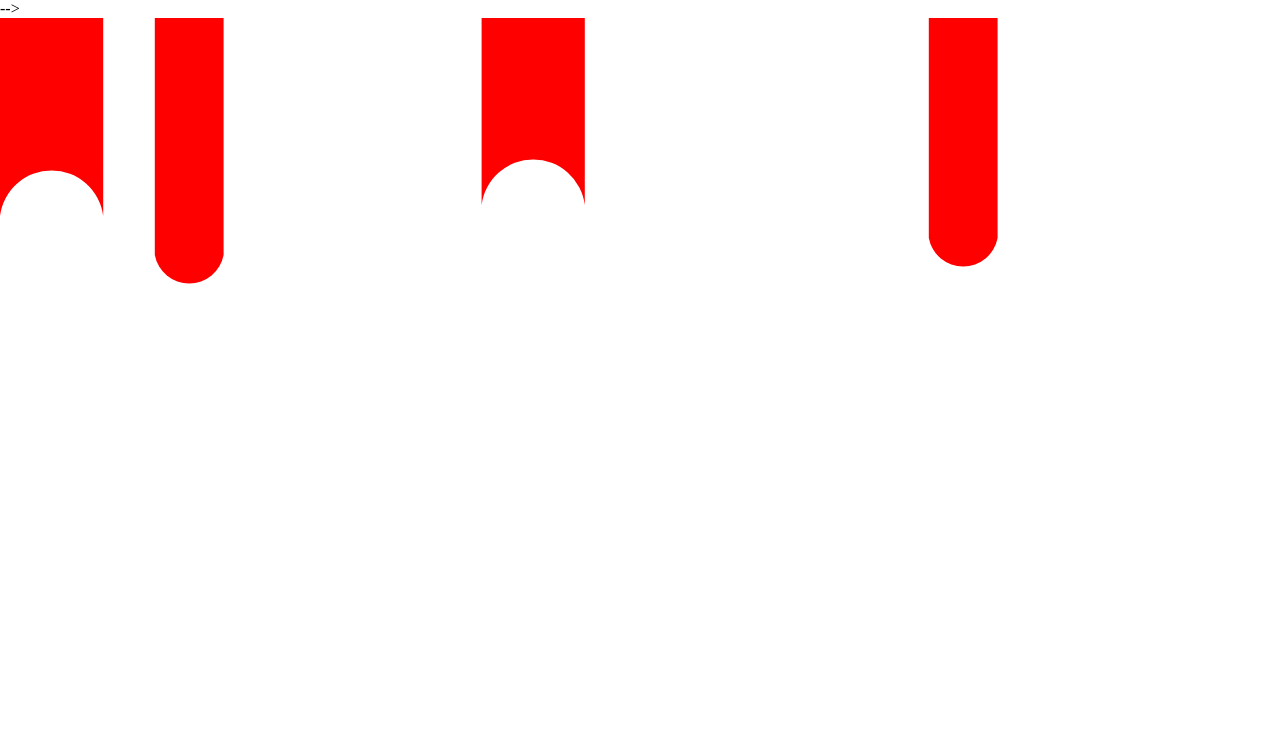
Repository: l-ollie/drip
Page: index.html
An editor plug-in stored every save of this project. The page is shown before and after the next save, followed by the edit.
The browser window is 1280 px wide. The pictures show the whole page.

Above is the page before, as saved 2022-06-30 17:02:46.

### index.html
<!DOCTYPE html>
<!--[if lt IE 7]>      <html class="no-js lt-ie9 lt-ie8 lt-ie7"> <![endif]-->
<!--[if IE 7]>         <html class="no-js lt-ie9 lt-ie8"> <![endif]-->
<!--[if IE 8]>         <html class="no-js lt-ie9"> <![endif]-->
<!--[if gt IE 8]>      <html class="no-js"> <!--<![endif]-->
<html>
    <head>
        <meta charset="utf-8">
        <meta http-equiv="X-UA-Compatible" content="IE=edge">
        <title>Drip</title>
        <meta name="description" content="">
        <meta name="viewport" content="width=device-width, initial-scale=1">
        <link rel="stylesheet" href="assets/style.css">
    </head>
    <body>
        <!--[if lt IE 7]>
            <p class="browsehappy">You are using an <strong>outdated</strong> browser. Please <a href="#">upgrade your browser</a> to improve your experience.</p>
        <![endif]-->
        <div id="container">
            <!-- <svg width="100%" height="100%" xmlns="http://www.w3.org/2000/svg">
                <style>


                    .point-cursor { cursor: pointer; } /* specific elements */
                  </style>

                <path id="drip1"   class="point-cursor" d="M 0 0 v 100 a 50 50 1 0 0 100 0 v -100 Z"  fill="red">
                    <animate

                    id="dripAnim1"
                    attributeName="d"
                    dur="0.5"
                    type="translate"
                    begin="indefinite; "
                    repeatCount="1"
                    calcMode="spline"
                    keySplines=".21,.3,.01,.98"
                    values="M 0 0 v 100 a 50 50 1 0 0 100 0 v -100 Z ; M 0 0 v 100 a 50 50 1 0 0 100 0 v -100 Z"
                    />
                </path>



                <path id="ball1" d="M 100 0 v 100 a 50 50 0 0 1 100 0 v -100 Z"  fill="red">
                <animate
                id="anim1"
                attributeName="d"
                from="M 100 0 v 100 a 50 50 0 0 1 100 0 v -100 Z"
                to="M 100 0 v 200 a 50 50 0 0 1 100 0 v -200 Z"
                dur="1"
                type="translate"
                begin="0s; "
                repeatCount="1"
                fill="freeze"
                calcMode="spline"
                keySplines="0.4 0 0.2 1"
                values="
                M 100 0 v 200 a 50 50 0 0 1 100 0 v -200 Z
                ;
                M 100 0 v 100 a 50 50 0 0 1 100 0 v -100 Z
                "
                />
                <!-- <animate
                id="anim2"
                attributeName="d"
                from="M 100 0 v 200
                a 50 50 0 0 1 100 0
                v -200 Z"
                to="M 100 0 v 100
                a 50 50 0 0 1 100 0
                v -100 Z"
                dur="1"
                type="translate"
                begin="anim1.end"
                easing="ease-in-out"
                /> -->
                </path>

              </svg> -->
        </div>

        <script src="drip.js" async defer></script>
    </body>
</html>

### assets/style.css
body{
    margin: 0px;
}

#container{
    height: 100vh;
}

.point-cursor { cursor: pointer; }

### drip.js
// svg.appendChild(r);

function makeSVG() {
	const amount = 15;
	const width = 50;
	const height = 200;
	let currentXPos = 0;

	const svgWidth = Math.ceil(window.innerWidth / amount);

	let svgElement = document.createElementNS('http://www.w3.org/2000/svg', 'svg');
	svgElement.setAttributeNS(null, 'width', '100%');
	svgElement.setAttributeNS(null, 'height', '100%');

	for (let i = 0; i < amount; i++) {
		svgElement.appendChild(lowDrip(svgWidth, height, i));
	}
	document.getElementById('container').appendChild(svgElement);

	////////////////////////////////
	function lowDrip(width, height, i) {
		const dripLow = '1 0 0';
		const dripHigh = '0 0 1';
		let isLow;
		let arc;
		const idNames = [ 'drip', 'curve' ];
		let idName;
		const random = Math.random() * 50;

		if (i % 2 !== 0) {
			isLow = true;
			arc = dripLow;
			width *= 0.8;
			currentXPos += width;
			height = Math.ceil(height + random);
		} else {
			isLow = false;
			arc = dripHigh;
			currentXPos += width;
			width *= 1.2;
			height = Math.ceil(height - random);
		}

		function setAttributeNSForSvg(createElement, attributes, isPath) {
			let _svg = document.createElementNS('http://www.w3.org/2000/svg', createElement);
			const halfWidth = Math.ceil(width / 2);
			const _singlePath = `M ${i *
				currentXPos} 0 v ${height} a ${halfWidth} ${halfWidth} ${arc} ${width} 0 v -${height} Z`;

			for (let y = 0; y < attributes.length; y++) {
				_svg.setAttributeNS(null, attributes[y][0], attributes[y][1]);
			}
			if (isPath) {
				_svg.setAttributeNS(null, 'd', `${_singlePath}`);
				return _svg;
			} else {
				_svg.setAttributeNS(null, 'values', `${_singlePath} ; ${_singlePath}`);

				return _svg;
			}
		}

		const attributesDripPath = [ [ 'id', `${isLow ? idNames[0] : idNames[1]}${i}` ], [ 'fill', 'red' ] ];
		let _path = setAttributeNSForSvg('path', attributesDripPath, true);
		// if (isLow) console.log('adding cursur to ' + `${_path.getAttributeNS(null, 'id')}`);

		if (isLow === false) {
			return _path;
		} else {
			_path.setAttributeNS(null, 'class', 'point-cursor');
			const attributesDripAnim = [
				[ 'id', `dripAnim${i}` ],
				[ 'attributeName', 'd' ],
				[ 'dur', '0.5' ],
				[ 'type', 'translate' ],
				[ 'begin', 'indefinite; ' ],
				[ 'repeatCount', '1' ],
				[ 'calcMode', 'spline' ],
				[ 'keySplines', '.21,.3,.01,.98' ]
			];
			let _anim = setAttributeNSForSvg('animate', attributesDripAnim, false);
			_path.appendChild(_anim);

			return _path;
		}
	}
}

makeSVG();
window.onresize = makeSVG;

container.onmousedown = function(e) {
	const dripIDRegex = /drip/;
	let el = e.target.correspondingUseElement ? e.target.correspondingUseElement : e.target;
	const elementId = el.getAttributeNS(null, 'id');
	const dripName = dripIDRegex.exec(elementId);
	// console.log(dripIDRegex.exec(elementId));
	if (dripName === null) {
		return;
	}
	document.addEventListener('mousemove', onMouseMove);
	const dripNum = /[0-9]+/.exec(elementId);
	const clickBeginYPos = e.pageY;
	let dragLength = 0;
	let pathD = el.getAttribute('d');

	function onMouseMove(e) {
		dragLength = e.pageY - clickBeginYPos;
		el.setAttributeNS(null, 'd', addLength(pathD, dragLength));
	}

	function addLength(oldLength, dragLength) {
		const regex = /v+ +[0-9]+|v+ +-+[0-9]+/g;
		const drippingPoints = oldLength.match(regex);
		const drippingLength = Number(/[0-9]+/.exec(drippingPoints[0]));
		let newDrippingPoints = oldLength.replace(drippingPoints[0], `v ${drippingLength + dragLength}`);
		newDrippingPoints = newDrippingPoints.replace(drippingPoints[1], `v -${drippingLength + dragLength}`);
		return newDrippingPoints;
	}

	onmouseup = function() {
		document.removeEventListener('mousemove', onMouseMove);
		container.onmouseup = null;
		changeAnimation();
	};
	function changeAnimation() {
		console.log('changeAnim');
		if (dragLength === 0) {
			return;
		}
		const animId = Number(/[0-9]+/.exec(elementId));

		const regexPath = /M+ +[0-9]+ +[0-9]+ +v+ +[0-9]+ +a+ +[0-9]+ +[0-9]+ +[0-9]+ +[0-9]+ +[0-9]+ +[0-9]+ +[0-9]+ +v+ +-+[0-9]+ +Z/g;
		let svgAnimation = document.getElementById(`dripAnim${animId}`);
		const valuesProp = svgAnimation.getAttributeNS(null, 'values');
		let value;
		let values = [];

		while ((value = regexPath.exec(valuesProp)) !== null) {
			values.push(value[0]);
		}

		const changedValue = valuesProp.replace(values[0], `${addLength(values[1], dragLength)}`);
		svgAnimation.setAttributeNS(null, 'values', changedValue);
		svgAnimation.beginElement();
		el.setAttributeNS(null, 'd', pathD);
		dragLength = 0;
	}
};

After the next save:
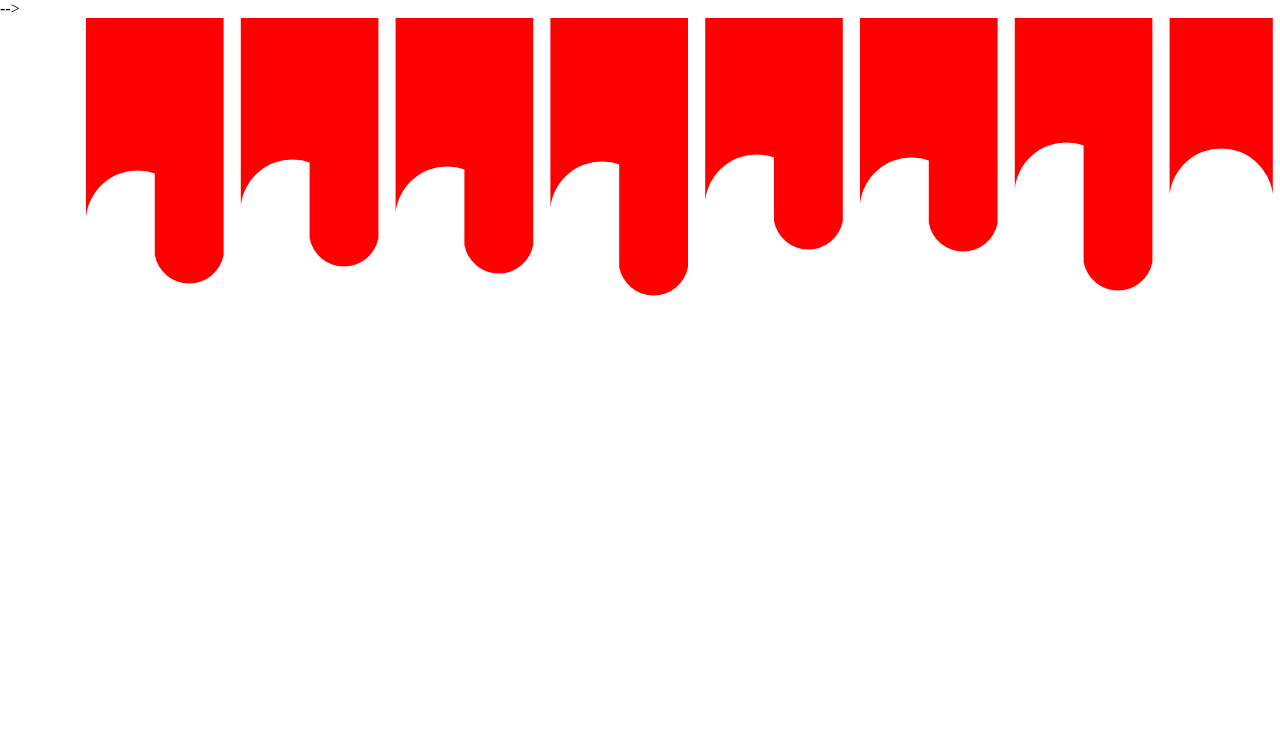
Saved 15 s later.
--- a/drip.js
+++ b/drip.js
@@ -44,8 +44,7 @@
 		function setAttributeNSForSvg(createElement, attributes, isPath) {
 			let _svg = document.createElementNS('http://www.w3.org/2000/svg', createElement);
 			const halfWidth = Math.ceil(width / 2);
-			const _singlePath = `M ${i *
-				currentXPos} 0 v ${height} a ${halfWidth} ${halfWidth} ${arc} ${width} 0 v -${height} Z`;
+			const _singlePath = `M ${currentXPos} 0 v ${height} a ${halfWidth} ${halfWidth} ${arc} ${width} 0 v -${height} Z`;
 
 			for (let y = 0; y < attributes.length; y++) {
 				_svg.setAttributeNS(null, attributes[y][0], attributes[y][1]);
